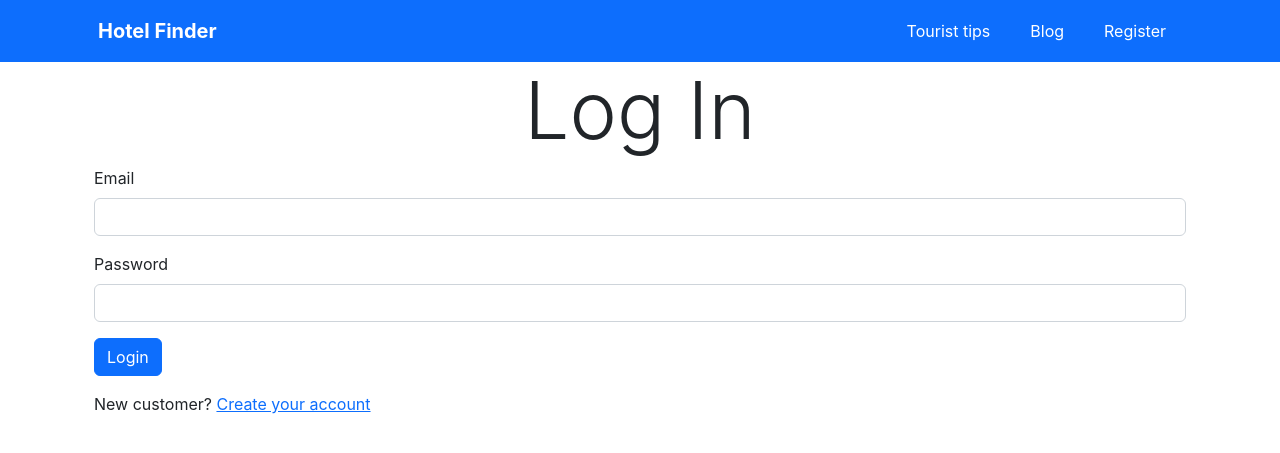
Repository: LolaSL/hotel-finder-and-blog
Page: /login (app in frontend/)
An editor plug-in stored every save of this project. The page is shown before and after the next save, followed by the edit.
The browser window is 1280 px wide. The pictures show the whole page.
The project was rebuilt for these pictures with package versions that can differ from the ones it lists, and the page was loaded fresh each time. Also part of the build but not shown: frontend/src/apis/HotelFinder.js, frontend/src/components/AddHotel.jsx, frontend/src/components/StarRating.jsx, frontend/src/components/HotelList.jsx, frontend/src/pages/Home.jsx, frontend/src/components/Reviews.jsx, frontend/src/components/AddReview.jsx, frontend/src/pages/HotelDetail.jsx and 5 more.

Above is the page before, as saved 2023-01-25 10:08:57.

### frontend/public/index.html
<!DOCTYPE html>
<html lang="en">

<head>
  <meta charset="utf-8" />
  <link rel="icon" href="%PUBLIC_URL%/favicon.ico" />
  <meta name="viewport" content="width=device-width, initial-scale=1" />
  <meta name="theme-color" content="#000000" />
  <meta name="description" content="Web site created using create-react-app" />
  <link rel="apple-touch-icon" href="%PUBLIC_URL%/logo192.png" />
  <!--
      manifest.json provides metadata used when your web app is installed on a
      user's mobile device or desktop. See https://developers.google.com/web/fundamentals/web-app-manifest/
    -->
  <link rel="manifest" href="%PUBLIC_URL%/manifest.json" />
  <link rel="stylesheet" href="https://cdn.jsdelivr.net/npm/bootstrap@5.2.3/dist/css/bootstrap.min.css"
    integrity="sha384-rbsA2VBKQhggwzxH7pPCaAqO46MgnOM80zW1RWuH61DGLwZJEdK2Kadq2F9CUG65" crossorigin="anonymous" />
  <link rel="stylesheet" href="https://cdnjs.cloudflare.com/ajax/libs/font-awesome/6.2.1/css/all.min.css" />

  <!--
      Notice the use of %PUBLIC_URL% in the tags above.
      It will be replaced with the URL of the `public` folder during the build.
      Only files inside the `public` folder can be referenced from the HTML.

      Unlike "/favicon.ico" or "favicon.ico", "%PUBLIC_URL%/favicon.ico" will
      work correctly both with client-side routing and a non-root public URL.
      Learn how to configure a non-root public URL by running `npm run build`.
    -->
  <title>React App</title>
</head>

<body>
  <noscript>You need to enable JavaScript to run this app.</noscript>
  <div id="root"></div>
  <!--
      This HTML file is a template.
      If you open it directly in the browser, you will see an empty page.

      You can add webfonts, meta tags, or analytics to this file.
      The build step will place the bundled scripts into the <body> tag.

      To begin the development, run `npm start` or `yarn start`.
      To create a production bundle, use `npm run build` or `yarn build`.
    -->
</body>

</html>

### frontend/src/index.css
body {
  margin: 0;
  font-family: -apple-system, BlinkMacSystemFont, 'Segoe UI', 'Roboto', 'Oxygen',
    'Ubuntu', 'Cantarell', 'Fira Sans', 'Droid Sans', 'Helvetica Neue',
    sans-serif;
  -webkit-font-smoothing: antialiased;
  -moz-osx-font-smoothing: grayscale;
}

code {
  font-family: source-code-pro, Menlo, Monaco, Consolas, 'Courier New',
    monospace;
}
.container{
  width: 100%;
}
.nav-link, .brand{
  color: white;
}

.image{
  display: block;
}
p{
font-size: 20px;
}
.fa-star, .fas, .count{
  color: rgb(248, 107, 47);
}
.label{
  font-size: 20px;

}

### frontend/src/App.js
import React from 'react';
import { BrowserRouter, Routes, Route } from 'react-router-dom';
import Home from './pages/Home';
import HotelDetail from './pages/HotelDetail';
import UpdateHotel from './pages/UpdateHotel';
import NotFound from './pages/NotFound';
import { HotelsContextProvider } from "./context/HotelsContext";
import NavBars from './components/NavBars';
import TouristTips from './pages/TouristTips';
import Blog from './pages/Blog';
import Register from './pages/Register.jsx';
import Login from './pages/Login.jsx'


function App() {
  return (
    <HotelsContextProvider>
      <div className="app">
        <BrowserRouter>
          <NavBars />
          <div className="container">
            <Routes>
              <Route exact path="/" element={<Home />} />
              <Route path="/hotels/:id" element={<HotelDetail />} />
              <Route path="/hotels/:id/update" element={<UpdateHotel />} />
              <Route path="/tips" element={<TouristTips />} />
              <Route path="/blog" element={<Blog />} />
              <Route path="/register" element={<Register />} />
              <Route path="/login" element={<Login />} />
              <Route path="*" element={<NotFound />} />
            </Routes>
          </div>
        </BrowserRouter>
      </div>
    </HotelsContextProvider>
  );
}

export default App;

### frontend/src/context/HotelsContext.js
import React, { useState, createContext } from "react";

export const HotelsContext = createContext();

export const HotelsContextProvider = (props) => {
    const [hotels, setHotels] = useState([]);
    const [selectedHotel, setSelectedHotel] = useState(null);

    const addHotels = (hotel) => {
      setHotels([...hotels, hotel]);
    };
    return (
      <HotelsContext.Provider
        value={{
          hotels,
          setHotels,
          addHotels,
          selectedHotel,
          setSelectedHotel,
        }}
      >
        {props.children}
      </HotelsContext.Provider>
    );
  };

### frontend/src/components/NavBars.jsx
import React from 'react';
import Container from 'react-bootstrap/Container';
import { Link } from 'react-router-dom';
import Nav from 'react-bootstrap/Nav';
import Navbar from 'react-bootstrap/Navbar';


function Navbars() {

  return (
    <Navbar className="navbar nav" bg="primary" expand="lg" variant="secondary">
      <Container className="container">
      <Link className="nav-link" to="/" rel="noopener noreferrer">
                <Navbar.Brand className="brand fw-bold">Hotel Finder</Navbar.Brand>
              </Link>
        <Navbar.Toggle aria-controls="basic-navbar-nav" />
        <Navbar.Collapse id="basic-navbar-nav">
          <Nav className="me-auto w-100 justify-content-end">
            <Link className="me-4 nav-link" to="/tips">Tourist tips</Link>
            <Link className="me-4 nav-link" to="/blog">Blog</Link>
            <Link className="me-4 nav-link" to="/register">Register</Link>
          </Nav>
        </Navbar.Collapse>
      </Container>
    </Navbar>
  );
}

export default Navbars;

### frontend/src/pages/Login.jsx
import React, {  useState } from "react";
import Container from "react-bootstrap/Container";
import Form from "react-bootstrap/Form";
import Button from "react-bootstrap/Button";
import { Link, useLocation, useNavigate } from "react-router-dom";
import UserProvider from "../apis/UserProvider";

const Login = () => {
  const navigate = useNavigate();
  const { search } = useLocation();

  const redirectInUrl = new URLSearchParams(search).get("redirect");
  const redirect = redirectInUrl ? redirectInUrl : "/";

  const [email, setEmail] = useState("");
  const [password, setPassword] = useState("");



  const submitHandler = async (e) => {
    e.preventDefault();
    try {
      const { data } = await UserProvider.post("/login", {
        email,
        password,
      });


      localStorage.setItem("userInfo", JSON.stringify(data));
      navigate(redirect || "/");
    } catch (err) {
      console.log(err)
    }
  };


  return (
    <Container className="form-container">
      <h1  className="font-weight-light display-1 text-center">Log In</h1>
      <Form onSubmit={submitHandler}>
        <Form.Group className="mb-3" controlId="email">
          <Form.Label>Email</Form.Label>
          <Form.Control
            type="email"
            required
            autoComplete="off"
            onChange={(e) => setEmail(e.target.value)}
          />
        </Form.Group>
        <Form.Group className="mb-3" controlId="password">
          <Form.Label>Password</Form.Label>
          <Form.Control
            type="password"
            required
            autoComplete="current-password"
            onChange={(e) => setPassword(e.target.value)}
          />
        </Form.Group>
        <div className="mb-3">
          <Button type="submit">Login</Button>
        </div>
        <div className="mb-3">
          New customer?{" "}
          <Link to={`/register?redirect=${redirect}`}>Create your account</Link>
        </div>
      </Form>
    </Container>
  );
};

export default Login;

### frontend/src/apis/UserProvider.js
import axios from "axios";

export default axios.create({
  baseURL: "http://localhost:8090/api/v1/auth",

});

Loaded but not shown: frontend/src/index.js (common file); frontend/src/reportWebVitals.js (common file)

After the next save:
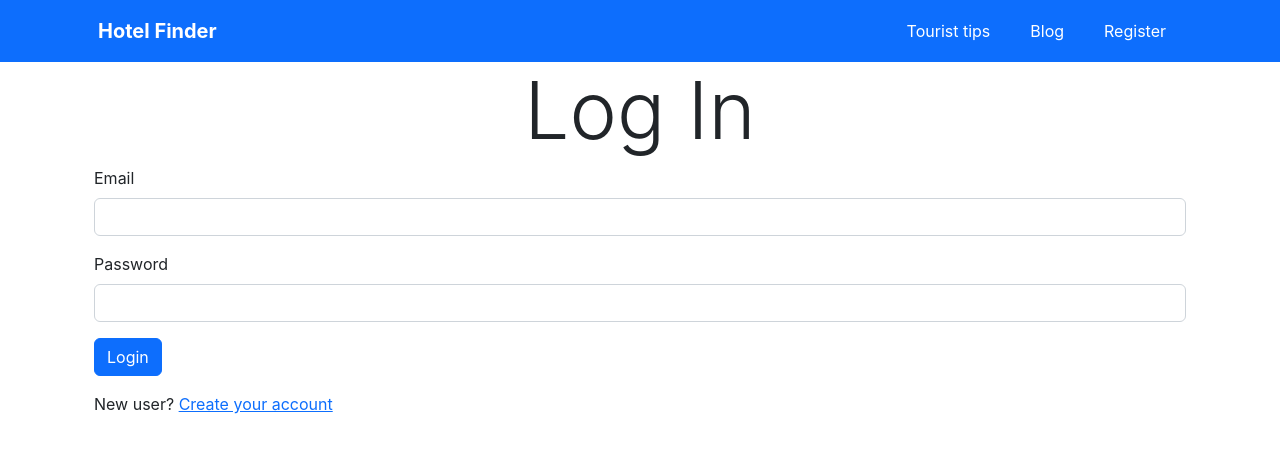
Saved 7 min 40 s later.
--- a/frontend/src/pages/Login.jsx
+++ b/frontend/src/pages/Login.jsx
@@ -60,7 +60,7 @@ const Login = () => {
           <Button type="submit">Login</Button>
         </div>
         <div className="mb-3">
-          New customer?{" "}
+          New user?{" "}
           <Link to={`/register?redirect=${redirect}`}>Create your account</Link>
         </div>
       </Form>
